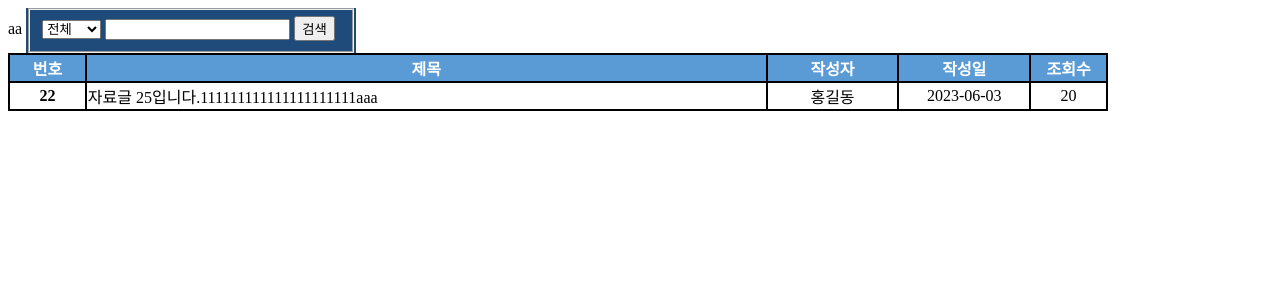
Repository: LJzero-dev/java-study
Page: http://localhost/ktbwos/bbs/request_list.jsp
These files come from the project's save history. The page is drawn as it stood at one moment and after the next save; the edit follows.
The browser window is 1280 px wide. The pictures show the whole page.
The page is served by Tomcat 9.

Above is the page before, as saved 2023-06-10 13:43:13.

After the next save:
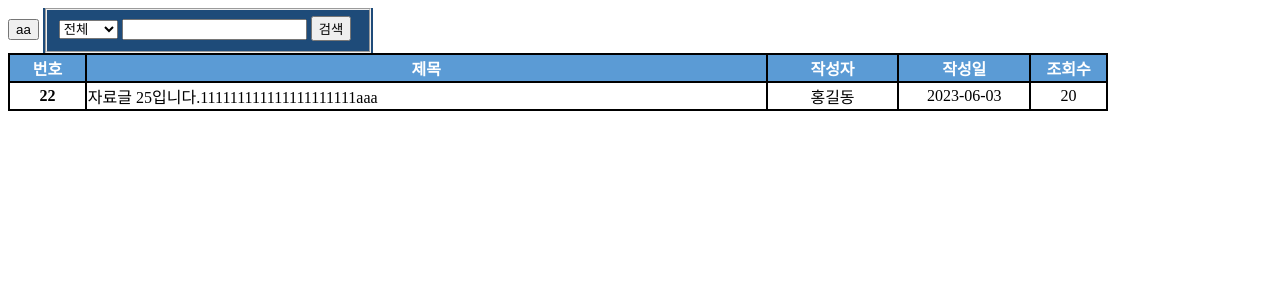
Saved 32 s later.
--- a/web/ktbwos/WebContent/bbs/request_list.jsp
+++ b/web/ktbwos/WebContent/bbs/request_list.jsp
@@ -19,7 +19,7 @@
 <body>
 
 <div width="1100">
-aa
+<input type="button" value="aa">
 <form style="width:330px; background:#1E4B79; display:inline-block; " name="frmSch">
 <fieldset>
 		<select name="schtype">
